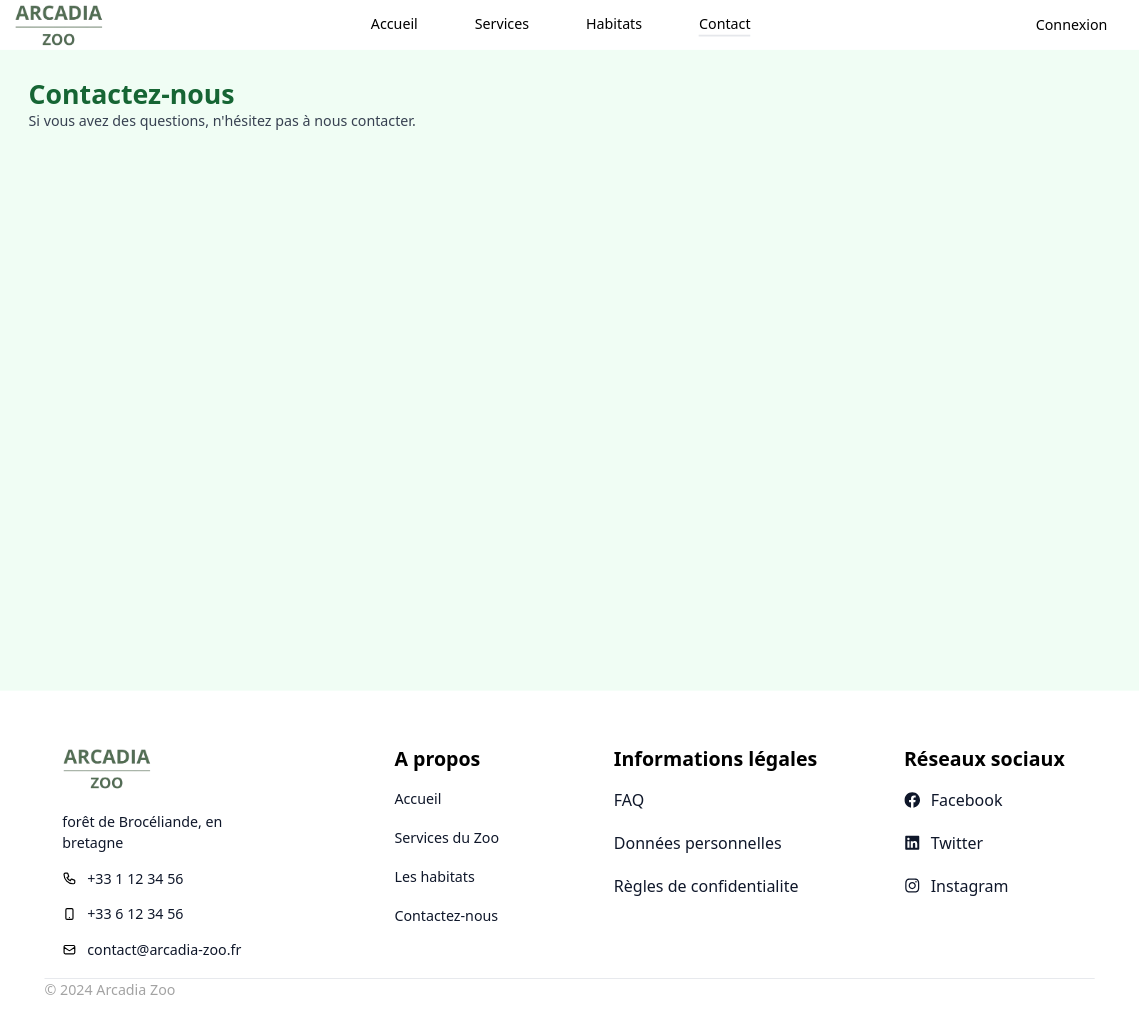
Repository: rdaa99/zoo-arcadia
Page: /contact
An editor plug-in stored every save of this project. The page is shown before and after the next save, followed by the edit.
The browser window is 1280 px wide. The pictures show the whole page, at 89% of full size.
The project was rebuilt for these pictures with package versions that can differ from the ones it lists, and the page was loaded fresh each time. The framework's server and built-in components were replaced by stand-ins that run in the browser. Also part of the build but not shown: next.config.ts, components/organisms/Navbar/NavbarMobile.tsx, components/molecules/Button/TextButton.tsx.

Above is the page before, as saved 2024-11-18 22:24:00.

After the next save:
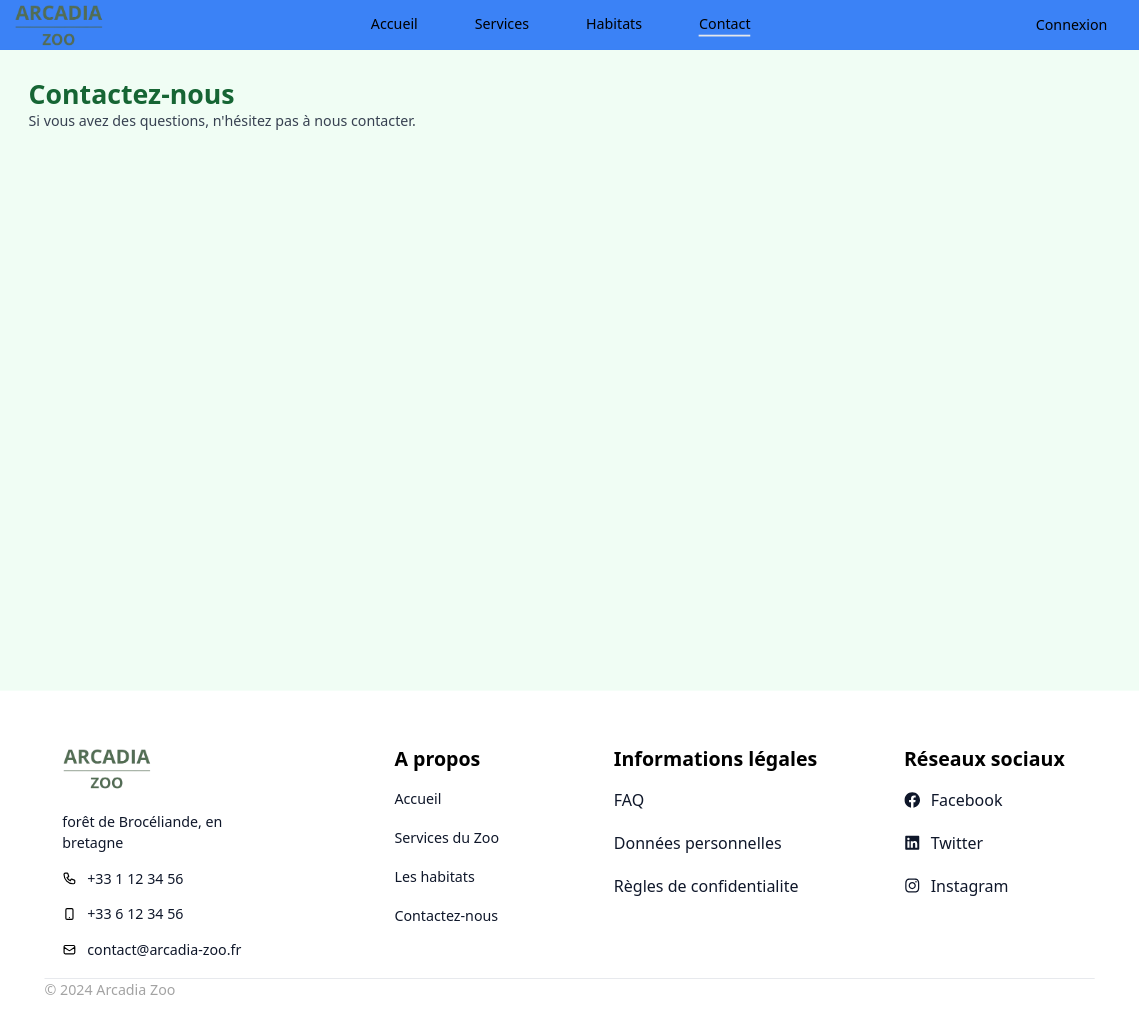
Saved 99 s later.
--- a/components/organisms/Navbar/Navbar.tsx
+++ b/components/organisms/Navbar/Navbar.tsx
@@ -40,7 +40,7 @@ export const Navbar = () => {
         shadow > scrollThreshold
           ? "shadow-[0_0px_5px_2px_rgba(212,212,212,1)]"
           : ""
-      }`}
+      } bg-blue-500`}
     >
       {/* <div className='w-[120px]'><Logo /></div> */}
       <Logo />
